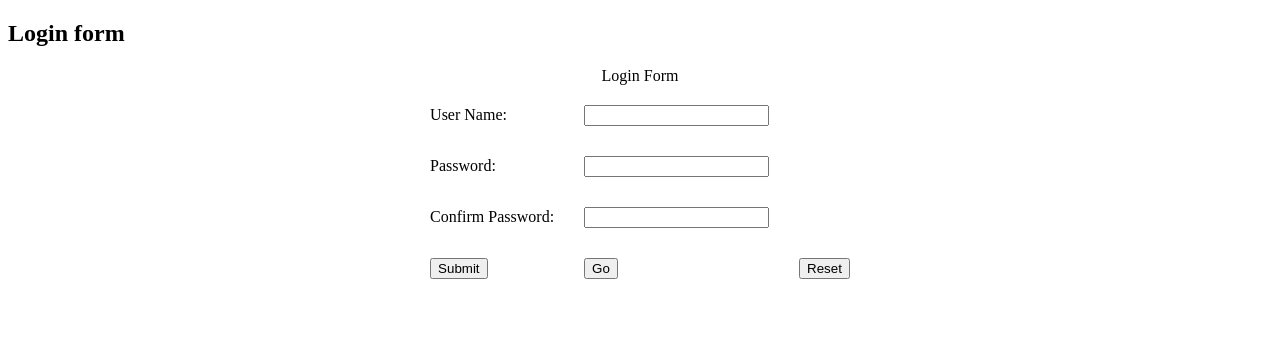
Repository: abhishek110597/Deloitte
Page: Workspace/JavaTraining/login2.html
The author's editor kept a copy of each file at every save. The page is drawn from the files as they stood at one save, then again after the next save.
The browser window is 1280 px wide. The pictures show the whole page.

Above is the page before, as saved 2019-12-30 07:04:29.

After the next save:
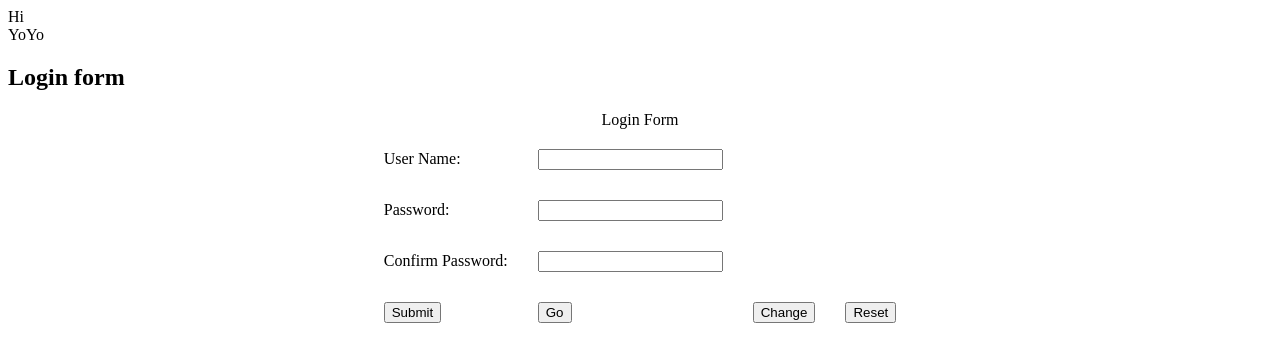
Saved 3 min 58 s later.
--- a/Workspace/JavaTraining/login2.html
+++ b/Workspace/JavaTraining/login2.html
@@ -4,6 +4,13 @@
 <meta charset="ISO-8859-1">
 <title>Login form</title>
 <script type="text/javascript">
+	function change(){
+		var id1=document.getElementById("span")
+		var id2=document.getElementById("div")
+		id1.innerText("Deloitte")
+		id.innerHTML("<font color='green'> USI<font>")
+	}
+
 	function validate() {
 		//alert("HI")
 		var uname = document.getElementById("username").value
@@ -22,6 +29,8 @@
 </script>
 </head>
 <body>
+<span id="span">Hi</span>
+<div id="div">YoYo</div>
 	<form>
 		<h2>Login form</h2>
 		<table cellspacing="10" cellpadding="10" border="0" align="center">
@@ -43,6 +52,8 @@
 
 				<td><input type="button" value="Go" onclick="validate()" /></td>
 
+				<td><input type="button" value="Change" onclick="change()" /></td>
+
 				<td><input type="reset" id="reset" /></td>
 			</tr>
 		</table>
